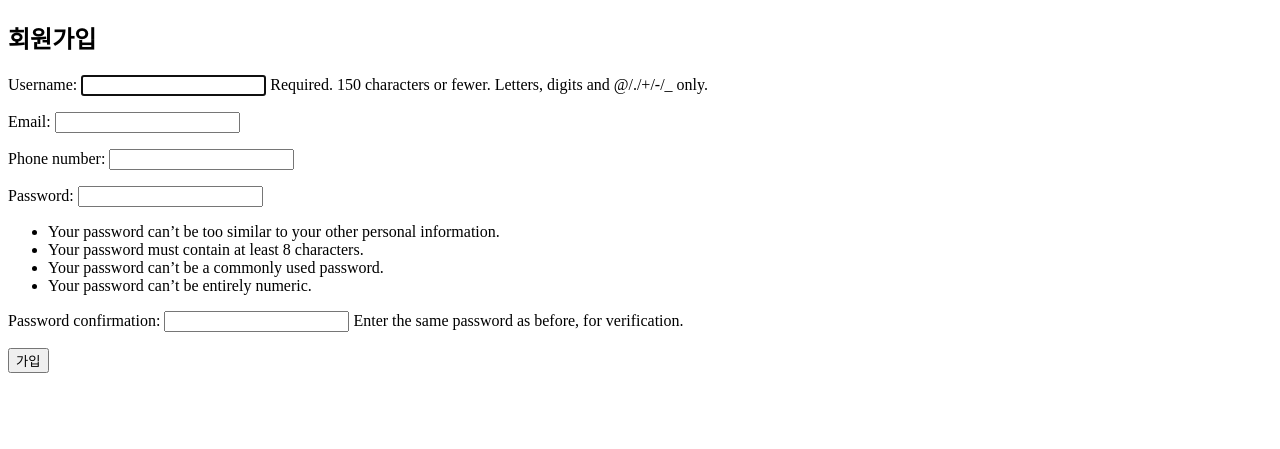
Repository: SSWU-LIKELION-13TH-BE/Django_KimGaYoon
Page: http://localhost/user/signup/
An editor plug-in stored every save of this project. The page is shown before and after the next save, followed by the edit.
The browser window is 1280 px wide. The pictures show the whole page.
The page is served by the project's application, run on Django 5.2 (manage.py). Other server files are loaded and not shown.

Above is the page before, as saved 2025-03-31 17:08:06.

### user/templates/signup.html
<!DOCTYPE html>
<html lang="ko">
<head>
    <meta charset="UTF-8">
    <title>회원가입</title>
</head>
<body>
    <h2>회원가입</h2>
    <form method="post">
        {% csrf_token %}
        {{ form.as_p }}
        <button type="submit">가입</button>
    </form>
</body>
</html>

### user/forms.py
from django import forms
from django.contrib.auth.forms import UserCreationForm
from .models import CustomUser

class SignUpForm(UserCreationForm):
    email = forms.EmailField(required=True)

    class Meta:
        model = CustomUser
        fields = ('username', 'email', 'phone_number', 'password1', 'password2')

### user/models.py
from django.contrib.auth.models import AbstractUser, Group, Permission
from django.db import models

# Create your models here.
class CustomUser(AbstractUser):
    # add additional fields in here
    phone_number = models.CharField(max_length=15, blank=True, null=True)
    nickname = models.CharField(max_length=30, blank=True, null=True)

    groups= models.ManyToManyField(Group, related_name="customuser_set", blank=True)
    user_permissions = models.ManyToManyField(Permission, related_name="customuser_permissions_set", blank=True)
    pass

### user/views.py
from django.shortcuts import render, redirect
from django.contrib.auth import login
from .forms import SignUpForm

def signup_view(request):
    if request.method == 'POST':
        form = SignUpForm(request.POST)
        if form.is_valid():
            user = form.save()
            return redirect('signup')
    else:
        form = SignUpForm()
    return render(request, 'signup.html', {'form': form})

# Create your views here.
#render랑 redirect의 차이

### myproject/urls.py
"""
URL configuration for myproject project.

The `urlpatterns` list routes URLs to views. For more information please see:
    https://docs.djangoproject.com/en/5.1/topics/http/urls/
Examples:
Function views
    1. Add an import:  from my_app import views
    2. Add a URL to urlpatterns:  path('', views.home, name='home')
Class-based views
    1. Add an import:  from other_app.views import Home
    2. Add a URL to urlpatterns:  path('', Home.as_view(), name='home')
Including another URLconf
    1. Import the include() function: from django.urls import include, path
    2. Add a URL to urlpatterns:  path('blog/', include('blog.urls'))
"""

from django.contrib import admin
from django.urls import path, include

urlpatterns = [
    path('user/', include('user.urls')),
]

### user/urls.py
from django.urls import path
from .views import signup_view

urlpatterns = [
    path('signup/', signup_view, name='signup'),
]

After the next save:
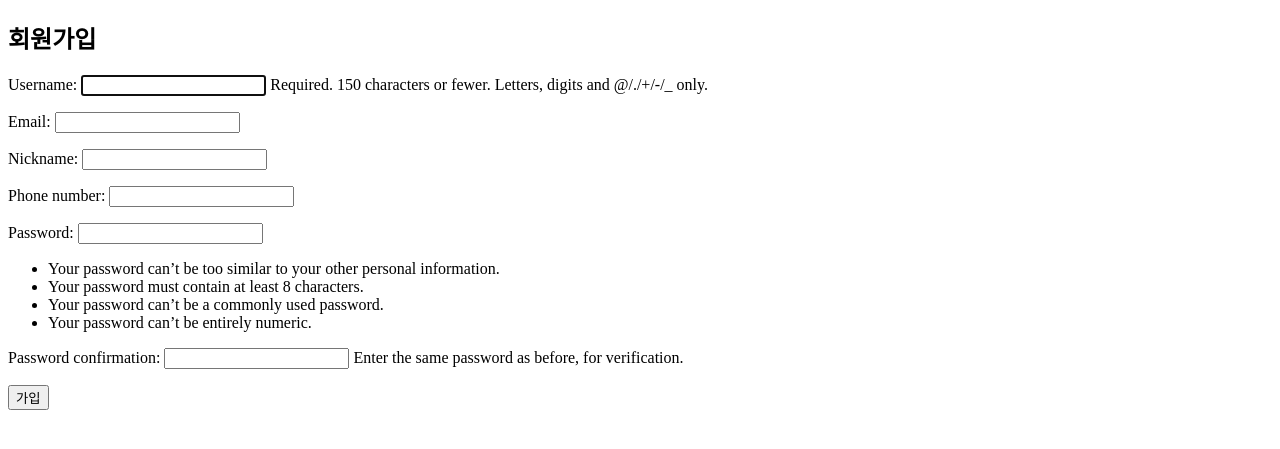
Saved 4 min 26 s later.
--- a/user/forms.py
+++ b/user/forms.py
@@ -4,7 +4,8 @@ from .models import CustomUser
 
 class SignUpForm(UserCreationForm):
     email = forms.EmailField(required=True)
+    nickname = forms.CharField(max_length=30, required=True)
 
     class Meta:
         model = CustomUser
-        fields = ('username', 'email', 'phone_number', 'password1', 'password2')
+        fields = ( 'username', 'email','nickname','phone_number', 'password1', 'password2')
